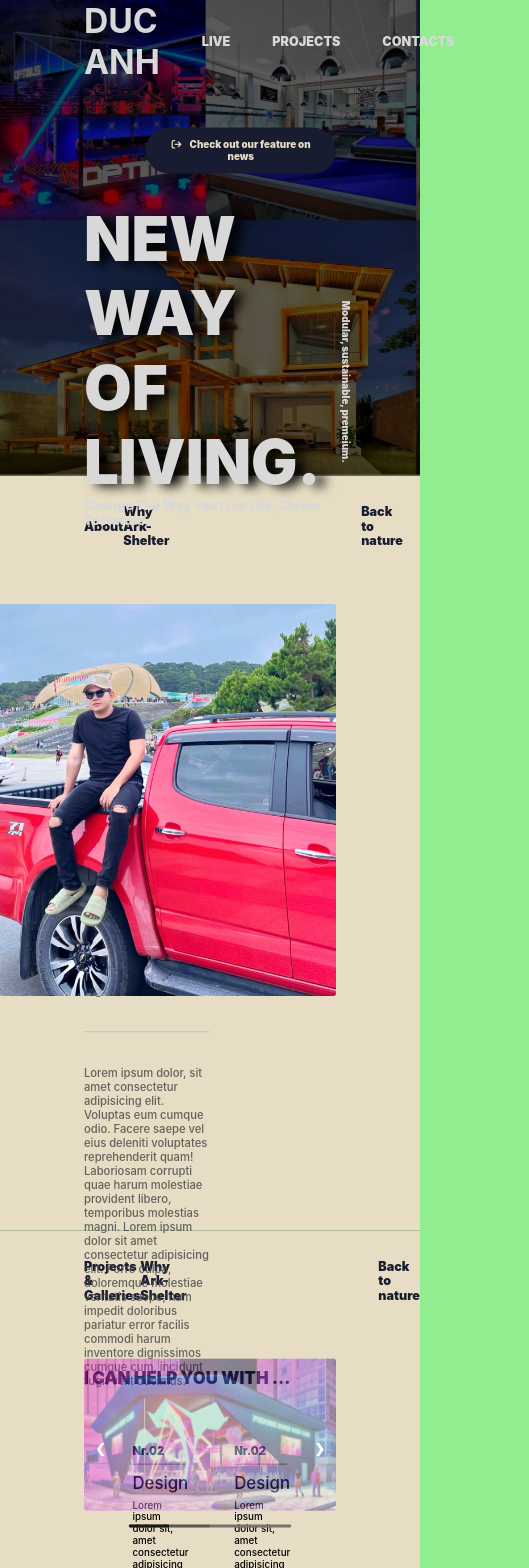
Repository: Ethanxcode/DucAnhNguyen
Page: index.html
These files come from the project's save history. The page is drawn as it stood at one moment and after the next save; the edit follows.
The browser window is 600 px wide. The page is 756 px wide, so the pictures cover 756 px, including what lies to the right of the window. The pictures show the part of the page from y = 0 to 2240 px (the page is 5378 px tall), at 70% of full size.

Above is the page before, as saved 2023-01-30 15:22:59.

After the next save:
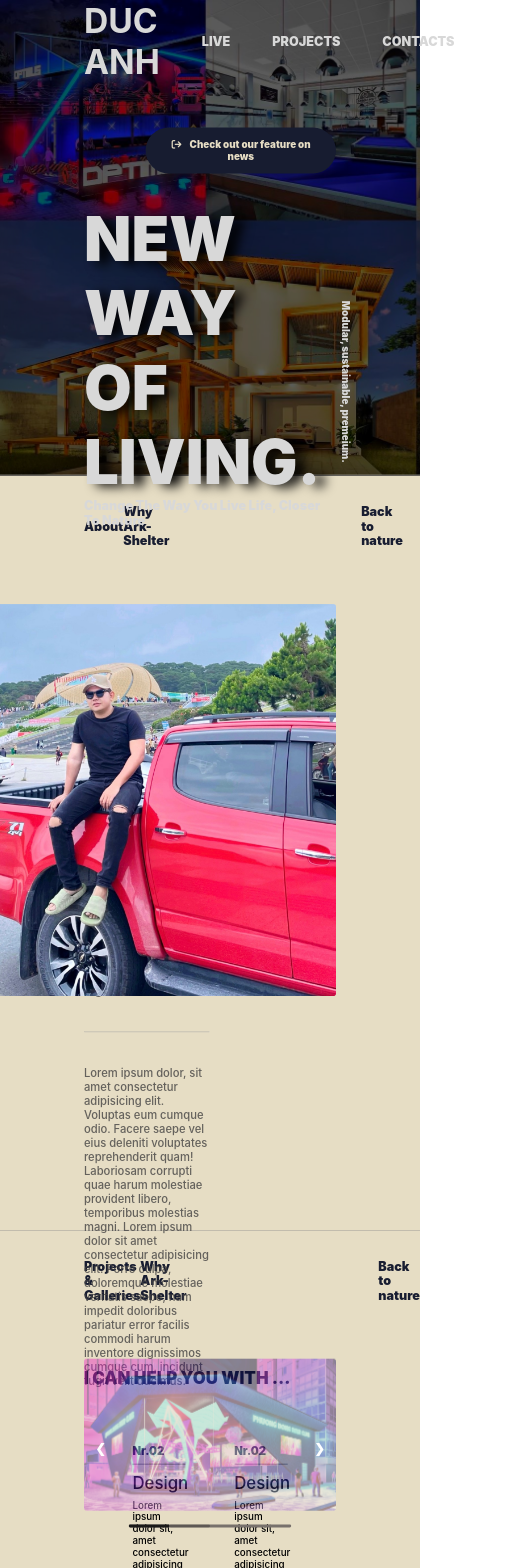
Saved 2 min 20 s later.
--- a/style.css
+++ b/style.css
@@ -251,8 +251,11 @@
 }
 
 @media screen and (max-width: 720px) {
-	body {
-		background-color: lightgreen;
+	.subHeaderMenu > ul > li > i {
+		display: none;
+	}
+	.subHeaderMenu > ul > li > {
+		display: none;
 	}
 }
 
